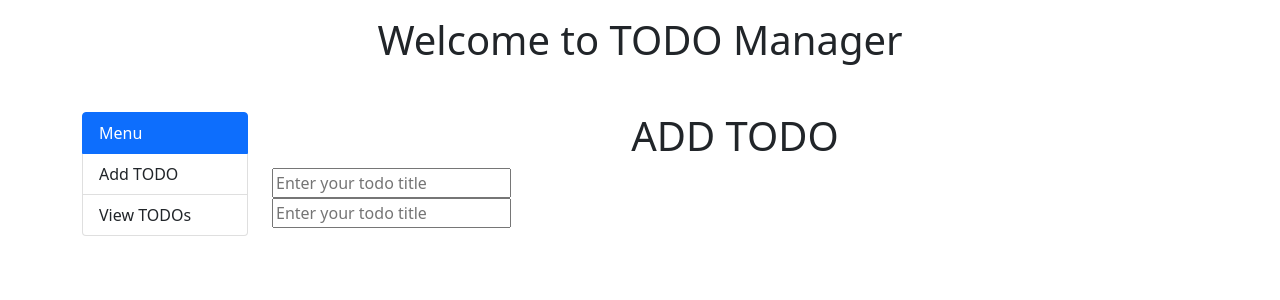
Repository: Tanmoy4672/Hibernate
Page: http://localhost/SpringMVCProject/add
The author's editor kept a copy of each file at every save. The page is drawn from the files as they stood at one save, then again after the next save.
The browser window is 1280 px wide. The pictures show the whole page.
The page is served by Tomcat 9.

Above is the page before, as saved 2021-12-20 00:07:35.

After the next save:
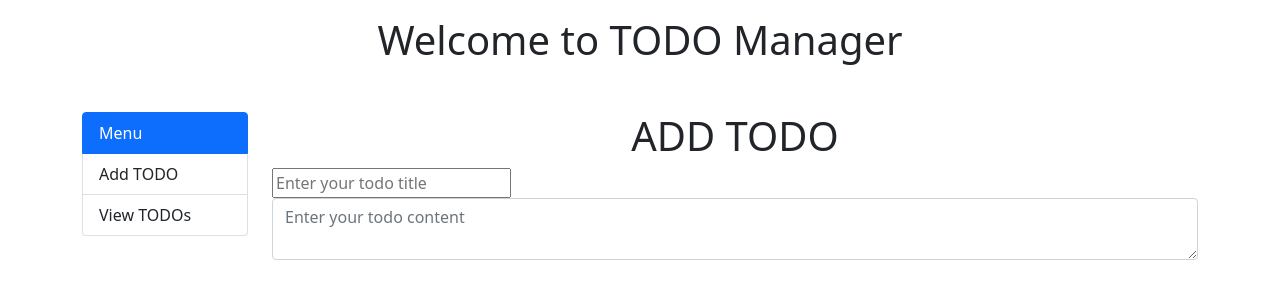
Saved 3 min 5 s later.
--- a/SpringMVCProject/src/main/webapp/WEB-INF/pages/home.jsp
+++ b/SpringMVCProject/src/main/webapp/WEB-INF/pages/home.jsp
@@ -49,9 +49,8 @@
 								placeholder="Enter your todo title" />
 						</div>
 						<div class="form-group">
-							<form:input path="todoTitle" cssClass="from-control"
-								placeholder="Enter your todo title" />
-						</div>
+						<form:textarea path="todoContent" cssClass="form-control" placeholder="Enter your todo content"/>
+							</div>
 					</form:form>
 				</c:if>
 
